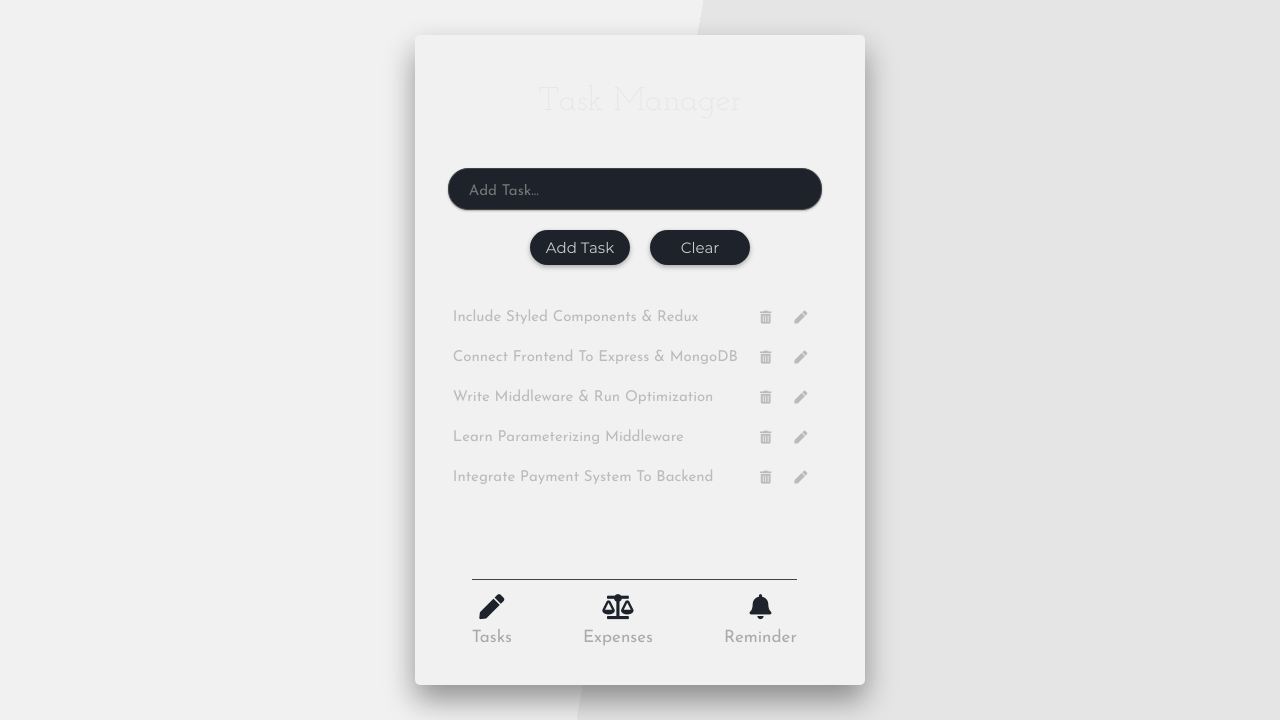
Repository: Kol124/react-task-manager
Page: /
The author's editor kept a copy of each file at every save. The page is drawn from the files as they stood at one save, then again after the next save.
The browser window is 1280 px wide. The pictures show the whole page.
The project was rebuilt for these pictures with package versions that can differ from the ones it lists, and the page was loaded fresh each time. Also part of the build but not shown: src/components/Expenses/Expenses.js, src/components/Reminder/Reminder.js.

Above is the page before, as saved 2021-06-24 17:03:39.

After the next save:
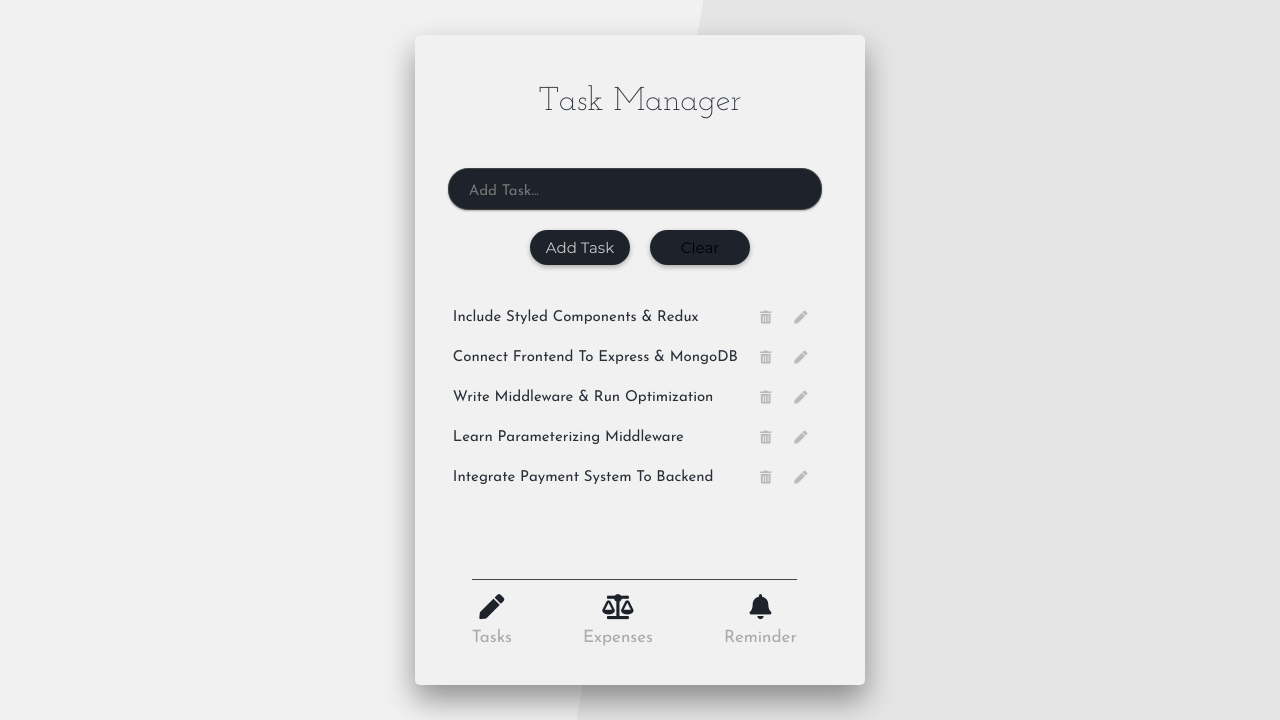
Saved 2 min 55 s later.
--- a/src/App.css
+++ b/src/App.css
@@ -21,7 +21,6 @@ html {
 }
 
 .app-wrapper {
-  background-color: #292f38;
   padding: 2.5rem 2.8rem;
   position: relative;
   width: 45rem;
@@ -34,7 +33,7 @@ html {
   font-family: "Josefin Slab", serif;
   text-align: center;
   font-size: 3.3rem;
-  color: #e5e5e5;
+  /* color: #e5e5e5; */
   font-weight: 300;
   margin: 2.5rem 2rem 5rem 2rem;
 }
@@ -131,7 +130,7 @@ html {
 
 .list-item span {
   font-family: "Josefin Sans", sans-serif;
-  color: #bbb;
+  /* color: #bbb; */
   font-size: 1.5rem;
   text-transform: capitalize;
 }
@@ -159,7 +158,7 @@ html {
   width: 10rem;
   height: 3.5rem;
   background-color: #1d222b;
-  color: #ccc;
+  /* color: #ccc; */
   border: none;
   font-family: "Montserrat", sans-serif;
   font-size: 1.5rem;
@@ -170,7 +169,7 @@ html {
 }
 
 .no-tasks {
-  color: #777;
+  /* color: #777; */
   text-align: center;
   font-family: "Montserrat", sans-serif;
   margin-top: 2.5rem;
